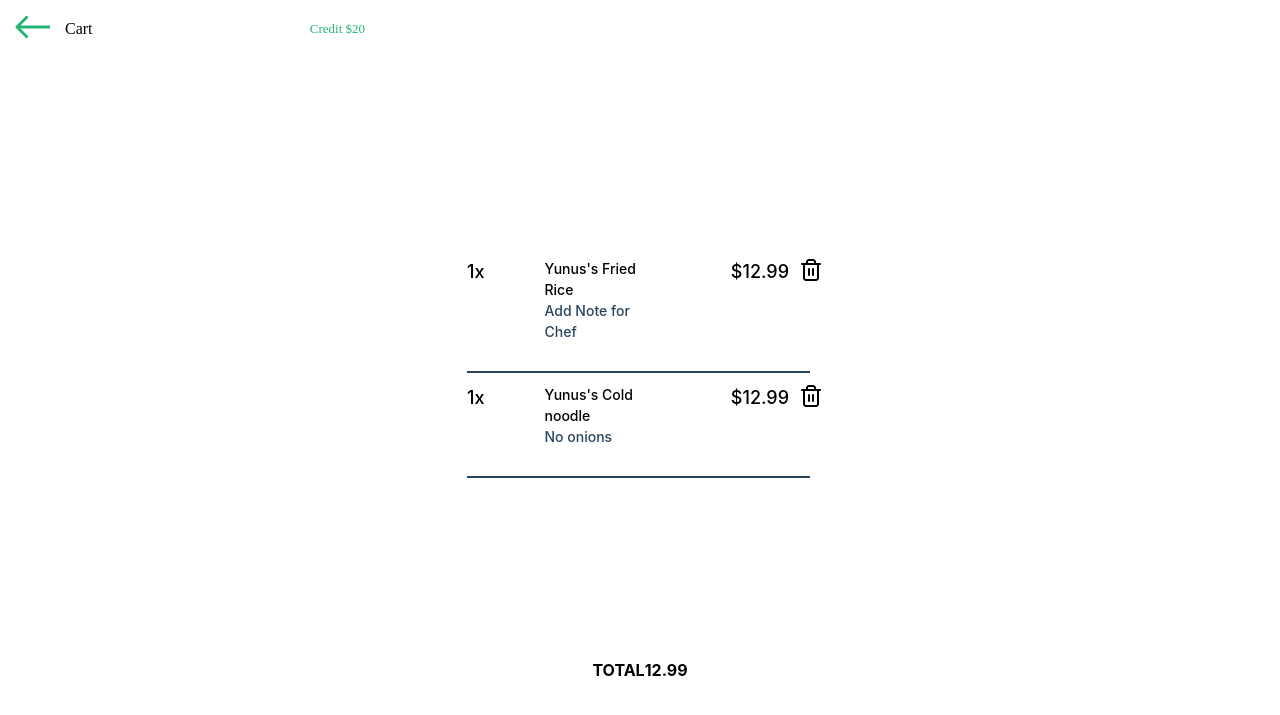
Repository: nguyenlejoe/HomeChef
Page: /DashBoardChef (app in app/)
These files come from the project's save history. The page is drawn as it stood at one moment and after the next save; the edit follows.
The browser window is 1280 px wide. The pictures show the whole page.
An inner scrolling area shows only its first screen. The project was rebuilt for these pictures with package versions that can differ from the ones it lists, and the page was loaded fresh each time.

Above is the page before, as saved 2020-11-06 15:28:43.

### app/src/App.js
import React from 'react';
//import logo from './logo.svg';
//import './App.css';
import Pages from './pages/Checkout';

function App() {
  return (
    <Pages />
  );
}

export default App;

### app/src/pages/Checkout.js
import React from 'react';
import './Checkout.scss';
import CheckoutItem from '../comps/CheckoutItem';
import Button from '../comps/MainButton';
import TopBar from '../comps/TopBar';

export default function CheckoutPage() {
  return<div className="app">
       <div className="cart">
           <TopBar text="Cart"></TopBar>
       </div>
       <div className="checkout">
           <div className="checkoutone">
           <CheckoutItem></CheckoutItem>
           </div>
           <CheckoutItem Itemnm="Yunus's Cold noodle" Note="No onions"></CheckoutItem>
       </div>
        <div className="total">
            <div>TOTAL</div>
            <div>12.99</div>
        </div>
        <div className="button">
            <Button text="Checkout"></Button>
        </div>
    </div>
}

### app/src/pages/Checkout.scss
.app{
    width: 100vw;
    height:100vh;
    overflow-x: hidden;

}

.cart{
    margin-bottom: 200px;
}

.checkout{
    margin-bottom: 200px;
    display: flex;
    flex-direction: column;
    justify-content: center;
    align-items: center;
}

.checkoutone{
    margin-bottom: 50px;
}

.total{
    display: flex;
    justify-content: center;
    margin-bottom: 70px;
    font-weight: bold;
}

.TotalText{
    display:flex;
    position:relative;
}

.PriceText{
    position:absolute;
    right:15px;
}

.button{
    display: flex;
    justify-content: center;
    padding-bottom: 50px;
}

### app/src/comps/CheckoutItem/index.js
import React from 'react';
import styled, {css} from 'styled-components';

const Checkoutitemcont = styled.div`

max-width:346px;
max-height:76px;


`
const Carttxt = styled.div`
display:flex;
flex-direction:row;
`
const Quantity = styled.div`
Margin-right: 60px;font-size: 18px;
font-style: normal;
font-weight: 500;
line-height: 27px;
letter-spacing: 0em;
text-align: left;

`

const ItemName = styled.div`
Margin-right: 90px;
font-size: 14px;
font-style: normal;
font-weight: 500;
line-height: 21px;
letter-spacing: 0em;
text-align: left;

`

const ChefNote = styled.div`
color: #2B445E;
cursor:pointer;

`

const Price = styled.div`
font-size: 18px;
font-style: normal;
font-weight: 500;
line-height: 27px;
letter-spacing: 0em;
text-align: left;

`

const Delete = styled.div`

`

const Bottomhr = styled.div`
height: 0px;
width: 341px;
border-radius: nullpx;
border: 1px solid #2B445E;
margin-top:29px;

`

const Iconcont = styled.div `
position:relative;
left:10px;
`









const CheckoutItem = ({Quant, Itemnm, Note, Pricetag,}) => {

    return <Checkoutitemcont>
            <Carttxt>
            <Quantity>{Quant}</Quantity>
            <ItemName>{Itemnm}<ChefNote>   {Note}</ChefNote></ItemName>
            <Price>{Pricetag}</Price>
            <Delete></Delete>
            <Iconcont>
            <img src="/trash-2.svg"/>
            </Iconcont>
            </Carttxt>
            <Bottomhr>

            </Bottomhr>
    </Checkoutitemcont>

}

CheckoutItem.defaultProps = {

    Quant:"1x",
    Itemnm:"Yunus's Fried Rice",
    Note:"Add Note for Chef",
    Pricetag:"$12.99",

}

export default CheckoutItem;

### app/src/comps/MainButton/index.js
import React from 'react';
import styled, {css} from 'styled-components';
import icon2 from '../../assets/DollarSign.png';

const ButtonContainer = styled.button`
    width: ${props =>props.width ? props.width : '239px'};
    height: ${props =>props.height ? props.height : '60px'};
    background-color: ${props =>props.bgcolor ? props.bgcolor : '#24B574'};
    border-radius: ${props =>props.radius ? props.radius : '5px'};
    display: flex;
    justify-content: center;
    align-items: center;
    filter: drop-shadow(0px 4px 4px rgba(0, 0, 0, 0.25));
    border:none;
`;

const ButtonText = styled.p`
    text-align: center;
    font-size: ${props =>props.fontSize ? props.fontSize : '15px'};;
    color:${props =>props.textColor ? props.textColor : '#FFFFFF'};
`;

const Icon = styled.div`
    ${() => css`
        background-image: url(${props =>props.icon1 ? props.icon1 : icon2});
        background-color:white;
        padding:10px;
        background-repeat: no-repeat;
        background-position: center;
        position:absolute;
        left: 0px;
        `}
    `;

const Button = ({text,textColor,bgcolor, width, height, radius, fontSize}) => {
    return <ButtonContainer bgcolor = {bgcolor} height={height} width={width} radius={radius}>
                <ButtonText fontSize={fontSize} textColor = {textColor}>{text}</ButtonText>
            </ButtonContainer>
}

ButtonText.defaultprops = {
    color:null,
}

export default Button;

### app/src/comps/TopBar/index.js
import React from 'react';
import styled from 'styled-components';


const TopBarContainer = styled.div`
   font-family: Poppins;
   display:flex;
   align-items:center;
   width:350px;
   padding:15px;
   position:relative;
`;

const LeftArrowImg = styled.div`
    margin-right:15px;
`;

const TopLeftText = styled.div`
    display:flex;

`;

const CreditText = styled.div`
   color:#24B574;
   font-size:13px;
   position:absolute;
   right:15px;
`;


const TopBar = ({text}) => {

    return <TopBarContainer>
            <LeftArrowImg><img src='/leftarrow.png' /></LeftArrowImg>
            <TopLeftText>{text}</TopLeftText>
            <CreditText>Credit $20</CreditText>
        </TopBarContainer>
}

TopBar.defaultProps = {

}

export default TopBar;

Loaded but not shown: app/public/index.html (common file); app/src/index.js (common file); app/src/index.css (common file); app/src/serviceWorker.js (common file)

After the next save:
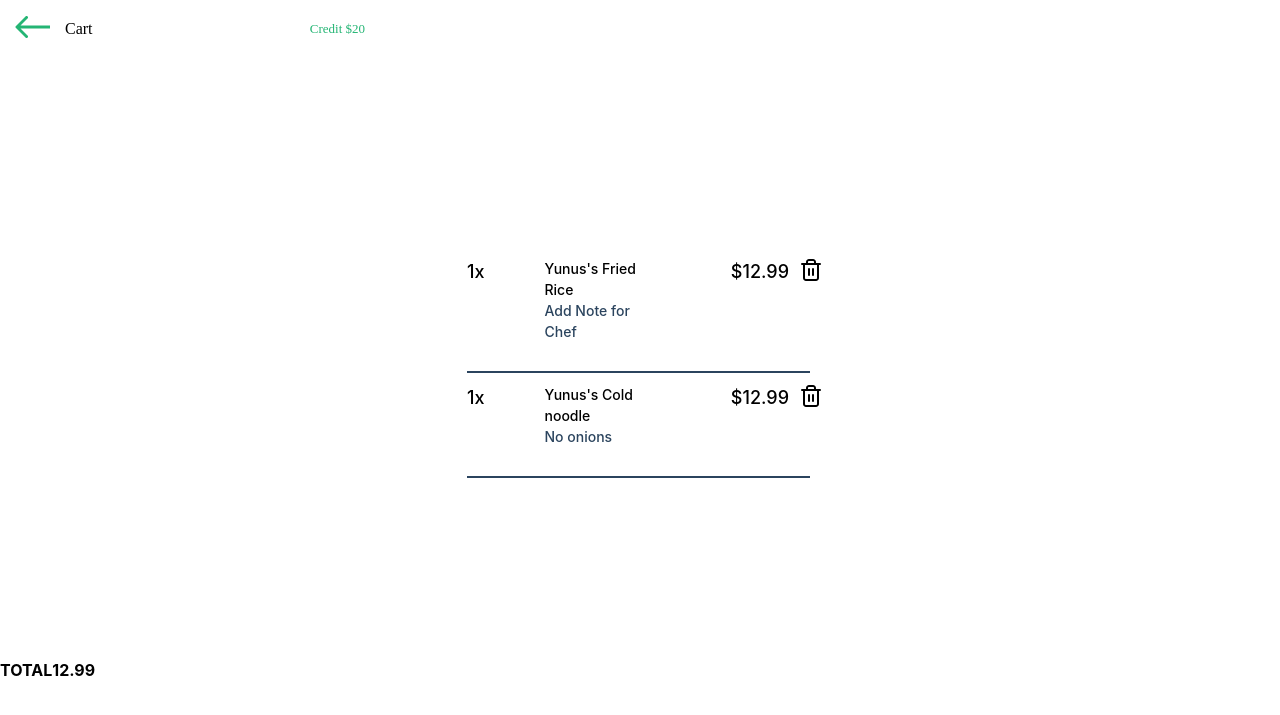
Saved 30 min 32 s later.
--- a/app/src/pages/Checkout.scss
+++ b/app/src/pages/Checkout.scss
@@ -23,7 +23,7 @@
 
 .total{
     display: flex;
-    justify-content: center;
+    // justify-content: center;
     margin-bottom: 70px;
     font-weight: bold;
 }

After the save that followed:
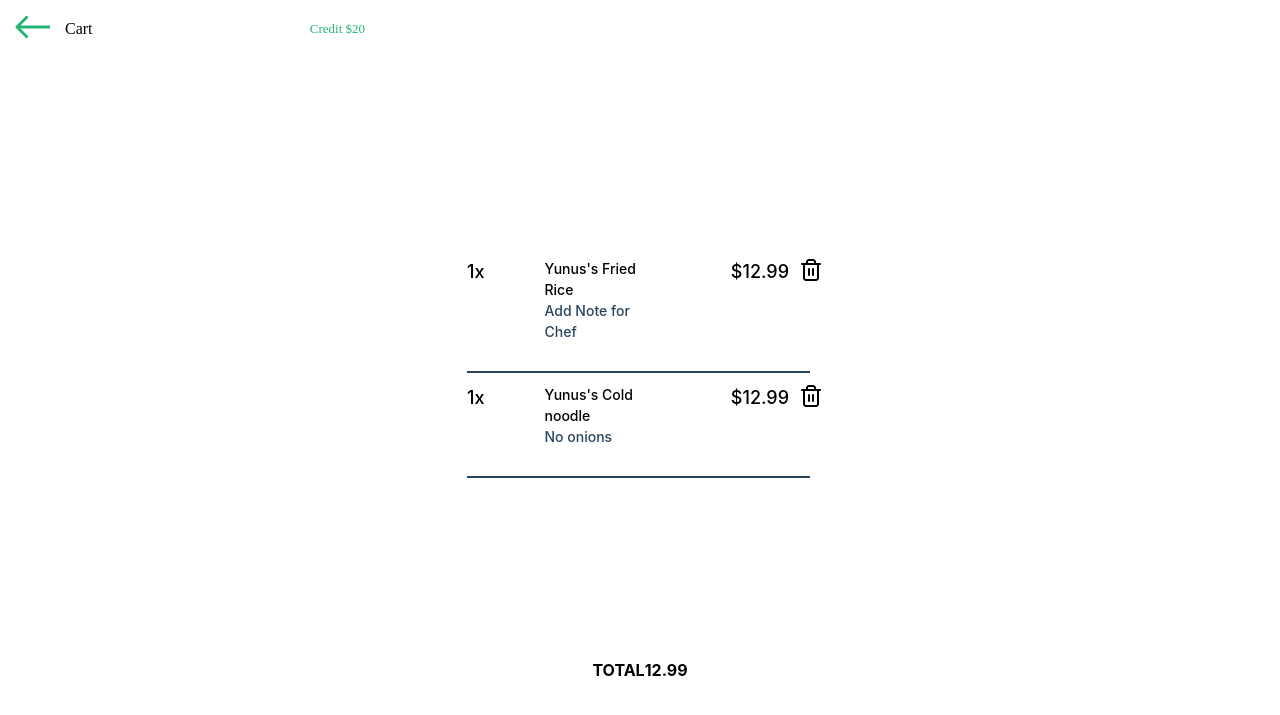
Saved 70 s later.
--- a/app/src/pages/Checkout.scss
+++ b/app/src/pages/Checkout.scss
@@ -23,7 +23,7 @@
 
 .total{
     display: flex;
-    // justify-content: center;
+    justify-content: center;
     margin-bottom: 70px;
     font-weight: bold;
 }
